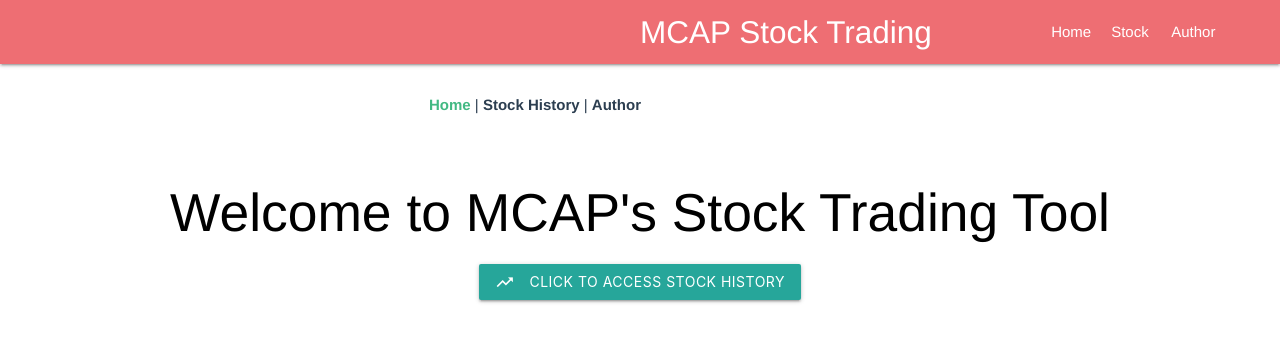
Repository: pandyarudra/stock-symbol-app
Page: /
An editor plug-in stored every save of this project. The page is shown before and after the next save, followed by the edit.
The browser window is 1280 px wide. The pictures show the whole page.
The project was rebuilt for these pictures with package versions that can differ from the ones it lists, and the page was loaded fresh each time.

Above is the page before, as saved 2020-09-14 22:18:32.

### public/index.html
<!DOCTYPE html>
<html lang="en">
  <head>
    <meta charset="utf-8">
    <meta http-equiv="X-UA-Compatible" content="IE=edge">
    <meta name="viewport" content="width=device-width,initial-scale=1.0">
    <link href="https://fonts.googleapis.com/icon?family=Material+Icons" rel="stylesheet">

    <link rel="icon" href="<%= BASE_URL %>favicon.ico">
    <title><%= htmlWebpackPlugin.options.title %></title>
  </head>
  <body>
    <noscript>
      <strong>We're sorry but <%= htmlWebpackPlugin.options.title %> doesn't work properly without JavaScript enabled. Please enable it to continue.</strong>
    </noscript>
    <div id="app"></div>
    <!-- built files will be auto injected -->
  </body>
</html>

### src/main.js
import Vue from 'vue';
import App from './App.vue';
import router from './router';
import 'materialize-css';
import 'materialize-css/dist/css/materialize.min.css';

Vue.config.productionTip = false;

new Vue({
  router,
  render: h => h(App)
}).$mount('#app');

### src/App.vue
<template>
  <div id="app">
    <TopNav />
    <div id="nav">
      <router-link to="/">Home</router-link> |
      <router-link to="/stockHistory">Stock History</router-link> |
      <router-link to="/about">Author</router-link>
    </div>
    <router-view/>
  </div>
</template>


<script>
import M from 'materialize-css';
import TopNav from '@/components/TopNav.vue'

export default {
  mounted() {
    M.AutoInit();
  },
  components: {
    TopNav
  }
}
</script>

<style lang="scss">

  // $primary-color: color("materialize-red", "lighten-2") !default;
  // $primary-color-light: false !default;
  // $primary-color-dark: false !default;
  // @if not $primary-color-light {
  //   $primary-color-light: lighten($primary-color, 15%);
  // }
  // @if not $primary-color-dark {
  //   $primary-color-dark: darken($primary-color, 15%);
  // }
  // $secondary-color: color("teal", "lighten-1") !default;
  // $success-color: color("green", "base") !default;
  // $error-color: color("red", "base") !default;
  // $link-color: color("light-blue", "darken-1") !default;

#app {

  font-family: Avenir, Helvetica, Arial, sans-serif;
  -webkit-font-smoothing: antialiased;
  -moz-osx-font-smoothing: grayscale;
  text-align: center;
  color: #2c3e50;
}

#nav {
  padding: 30px;

  a {
    font-weight: bold;
    color: #2c3e50;

    &.router-link-exact-active {
      color: #42b983;
    }
  }
}
</style>

### src/router/index.js
import Vue from 'vue'
import VueRouter from 'vue-router'

Vue.use(VueRouter)

const routes = [
  {
    path: '/',
    name: 'WelcomePage',
    component: () => import(/* webpackChunkName: "about" */ '../views/WelcomePage.vue')
  },
  {
    path: '/about',
    name: 'About',
    // route level code-splitting
    // this generates a separate chunk (about.[hash].js) for this route
    // which is lazy-loaded when the route is visited.
    component: () => import(/* webpackChunkName: "about" */ '../views/About.vue')
  }
]

const router = new VueRouter({
  routes
})

export default router

### src/components/TopNav.vue
<template>
     <nav>
    <div class="nav-wrapper center">
      <a href="#" class="brand-logo ">MCAP Stock Trading</a>
      <ul id="nav-mobile" class="right hide-on-med-and-down row">
        <router-link class="col s3" to="/" tag="li">Home</router-link>
        <router-link class="col s3" to="/stockHistory" tag="li">Stock History</router-link>
        <router-link class="col s3" to="/author" tag="li">Author</router-link>
        <!-- <router-link to="/foo" tag="li">Rudra</router-link> -->

      </ul>
    </div>
  </nav>
</template>

### src/views/WelcomePage.vue
<template>
<div class="row">
    <h2 class="left col s12">Welcome to MCAP's Stock Trading Tool
    </h2>
    <button class="btn waves-effect waves-light"><i class="material-icons left">trending_up</i>Click to Access Stock History</button>
</div>
</template>


<script>
export default {
  name: 'WelcomePage',
  props: {
    msg: String
  }
}
</script>

<!-- Add "scoped" attribute to limit CSS to this component only -->
<style scoped lang="scss">
  div {
      color: black;
      text-align: center;
  }
</style>

After the next save:
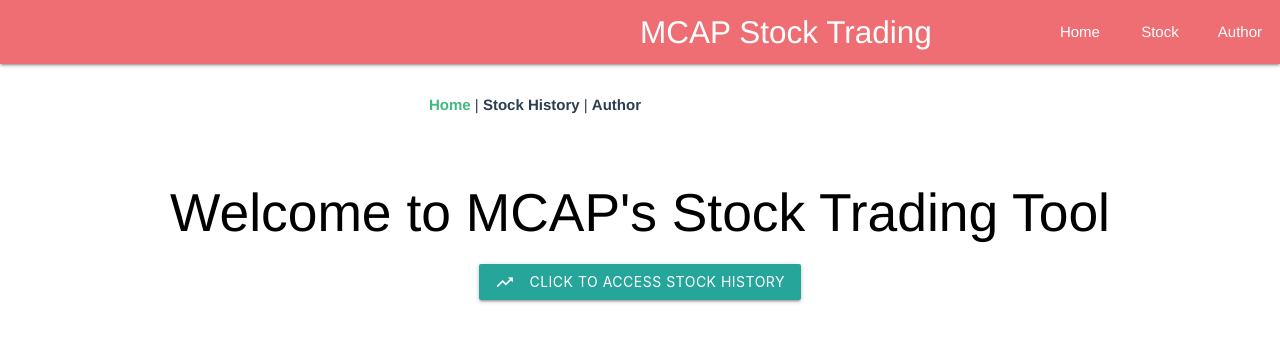
Saved 2 min 9 s later.
--- a/src/components/TopNav.vue
+++ b/src/components/TopNav.vue
@@ -3,9 +3,9 @@
     <div class="nav-wrapper center">
       <a href="#" class="brand-logo ">MCAP Stock Trading</a>
       <ul id="nav-mobile" class="right hide-on-med-and-down row">
-        <router-link class="col s3" to="/" tag="li">Home</router-link>
-        <router-link class="col s3" to="/stockHistory" tag="li">Stock History</router-link>
-        <router-link class="col s3" to="/author" tag="li">Author</router-link>
+        <router-link class="col s4" to="/" tag="li">Home</router-link>
+        <router-link class="col s4" to="/stockHistory" tag="li">Stock History</router-link>
+        <router-link class="col s4" to="/author" tag="li">Author</router-link>
         <!-- <router-link to="/foo" tag="li">Rudra</router-link> -->
 
       </ul>

After the save that followed:
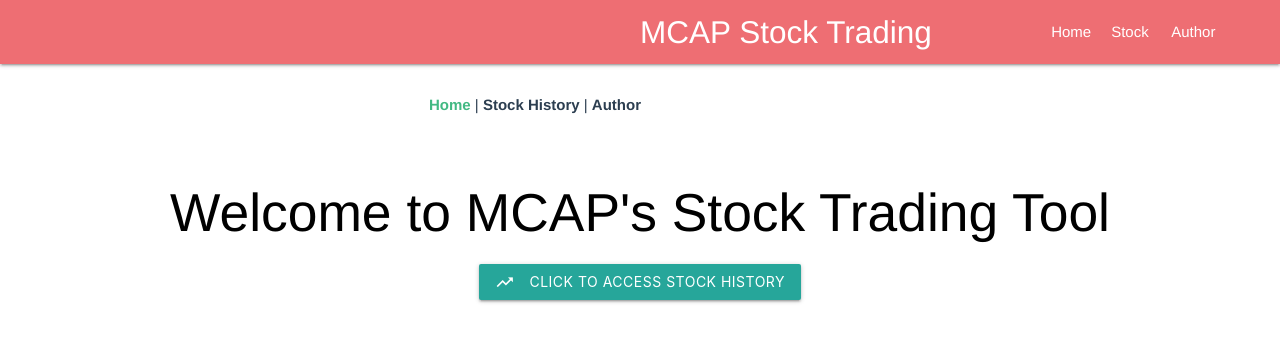
Saved 5 s later.
--- a/src/components/TopNav.vue
+++ b/src/components/TopNav.vue
@@ -3,9 +3,9 @@
     <div class="nav-wrapper center">
       <a href="#" class="brand-logo ">MCAP Stock Trading</a>
       <ul id="nav-mobile" class="right hide-on-med-and-down row">
-        <router-link class="col s4" to="/" tag="li">Home</router-link>
-        <router-link class="col s4" to="/stockHistory" tag="li">Stock History</router-link>
-        <router-link class="col s4" to="/author" tag="li">Author</router-link>
+        <router-link class="col s3" to="/" tag="li">Home</router-link>
+        <router-link class="col s3" to="/stockHistory" tag="li">Stock History</router-link>
+        <router-link class="col s3" to="/author" tag="li">Author</router-link>
         <!-- <router-link to="/foo" tag="li">Rudra</router-link> -->
 
       </ul>
